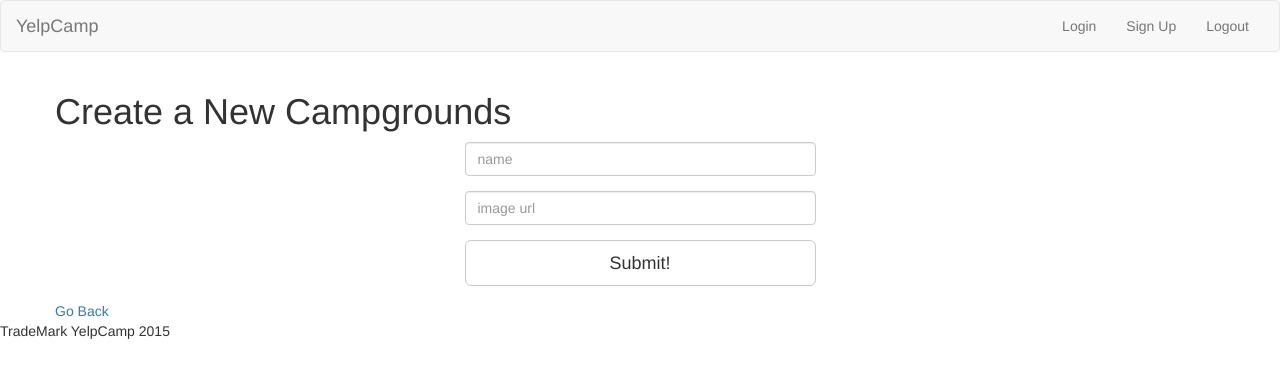
Repository: yyming009/YelpCamp
Page: http://localhost/campgrounds/new
The author's editor kept a record of every edit. The page is drawn from the files as they stood at one moment, then again after the next edit.
The browser window is 1280 px wide. The pictures show the whole page.
The page is served by the project's Node server (YelpCamp/v1/app.js).

Above is the page before.

### YelpCamp/v1/views/news.ejs
<% include partials/header %>

<div class="container">
    <div class="row">
        <h1>Create a New Campgrounds</h1>
        <div style="width: 30%; margin: 0 auto;">
            <form action="/campgrounds" method="POST">
                <div class="form-group">
                    <input class="form-control" type="text" name="name" placeholder="name">
                </div>
                <div class="form-group">
                    <input class="form-control" type="text" name="image" placeholder="image url">
                </div>
                <div class="form-group">
                    <button class="btn btn-lg btn-default btn-block">Submit!</button>
                </div>
            </form>
        </div>
        <a href="/campgrounds">Go Back</a>
    </div>
</div>

<% include partials/footer %>

### YelpCamp/v1/views/partials/header.ejs
<!DOCTYPE html>

<html>
    <head>
        <title>YelpCamp</title>
        <link rel="stylesheet" href="https://maxcdn.bootstrapcdn.com/bootstrap/3.3.7/css/bootstrap.min.css">
    </head>

   <body>

    <nav class="navbar navbar-default">
        <div class="container-fluid">
            <div class="navbar-header">
                <a class="navbar-brand" href="/">YelpCamp</a>
            </div>
            <div class="collapse navbar-collapse">
                <ul class="nav navbar-nav navbar-right">
                    <li><a href="/">Login</a></li>
                    <li><a href="/">Sign Up</a></li>
                    <li><a href="/">Logout</a></li>
                </ul>
            </div>
        </div>
    </nav>

### YelpCamp/v1/views/partials/footer.ejs
    <p>TradeMark YelpCamp 2015</p>
    </body>
</html>

### YelpCamp/v1/app.js
var express = require("express");
var app = express();
var bodyParser = require("body-parser");

app.use(bodyParser.urlencoded({extended:true}));
app.set("view engine", "ejs");

var campgrounds = [
        {name: "Salmon Greek", image: "https://farm2.staticflickr.com/1363/1342367857_2fd12531e7.jpg"},
        {name: "Granite Hill", image: "https://farm3.staticflickr.com/2464/3694344957_14180103ed.jpg"},
        {name: "Mountain Goat's Rest", image: "https://farm8.staticflickr.com/7252/7626464792_3e68c2a6a5.jpg"},
        {name: "Salmon Greek", image: "https://farm2.staticflickr.com/1363/1342367857_2fd12531e7.jpg"},
        {name: "Granite Hill", image: "https://farm3.staticflickr.com/2464/3694344957_14180103ed.jpg"},
        {name: "Mountain Goat's Rest", image: "https://farm8.staticflickr.com/7252/7626464792_3e68c2a6a5.jpg"},
        {name: "Salmon Greek", image: "https://farm2.staticflickr.com/1363/1342367857_2fd12531e7.jpg"},
        {name: "Granite Hill", image: "https://farm3.staticflickr.com/2464/3694344957_14180103ed.jpg"},
        {name: "Mountain Goat's Rest", image: "https://farm8.staticflickr.com/7252/7626464792_3e68c2a6a5.jpg"}
    ];

app.get("/", function(req, res){
    res.render("landing");
});

app.get("/campgrounds", function(req, res){
    res.render("campgrounds", {campgrounds:campgrounds});
});

app.post("/campgrounds", function(req, res){
    var name = req.body.name;
    var image = req.body.image;
    var newCampground = {name:name, image:image};
    campgrounds.push(newCampground);
    res.redirect("/campgrounds");
});

app.get("/campgrounds/new", function(req, res){
    res.render("news.ejs");
});

app.listen(process.env.PORT, process.env.IP, function(){
    console.log("the YelpCamp Server has Started!!");
});

After the next edit:
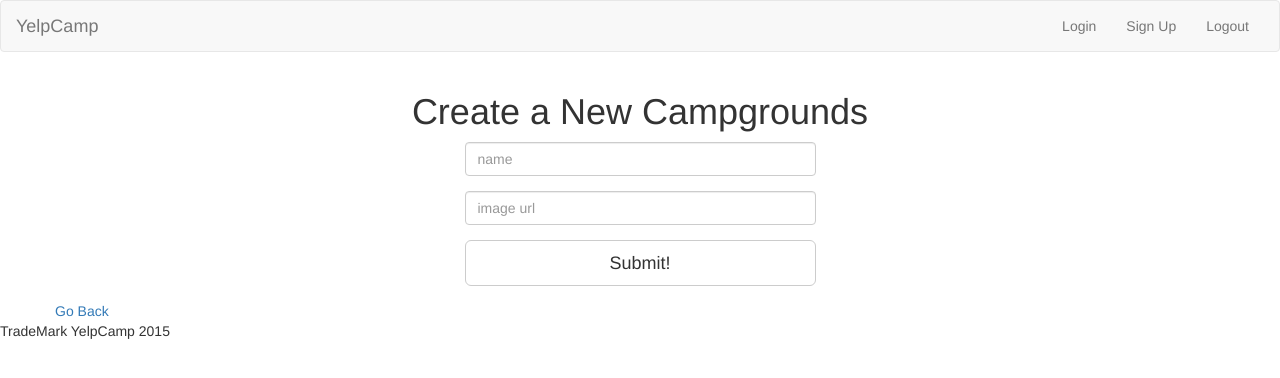
The edit:
--- a/YelpCamp/v1/views/news.ejs
+++ b/YelpCamp/v1/views/news.ejs
@@ -2,7 +2,7 @@
 
 <div class="container">
     <div class="row">
-        <h1>Create a New Campgrounds</h1>
+        <h1 style="text-align: center;">Create a New Campgrounds</h1>
         <div style="width: 30%; margin: 0 auto;">
             <form action="/campgrounds" method="POST">
                 <div class="form-group">
